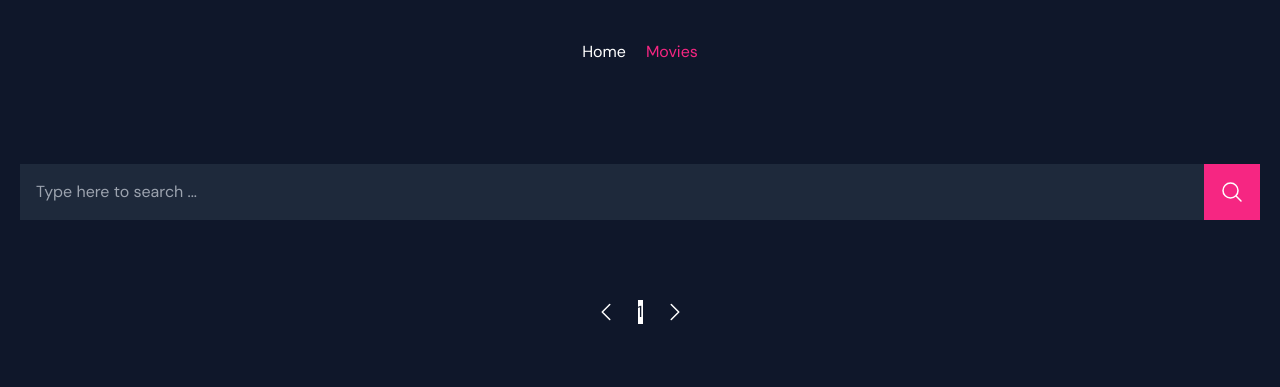
Repository: phamthiendong/project
Page: /movies
An editor plug-in stored every save of this project. The page is shown before and after a run of saves, followed by the edit.
The browser window is 1280 px wide. The pictures show the whole page.
The page's requests for data from a server got no answer. The project was rebuilt for these pictures with package versions that can differ from the ones it lists, and the page was loaded fresh each time. No one was signed in, and anything a server would have sent is missing. Also part of the build but not shown: vite.config.js, src/components/movie/MovieCard.jsx, src/components/movie/MovieList.jsx, src/pages/Homepage.jsx, src/components/banner/Banner.jsx, src/pages/MovieDetaills.jsx.

Above is the page before, as saved 2025-03-24 15:40:33.

### index.html
<!DOCTYPE html>
<html lang="en">
  <head>
    <meta charset="UTF-8" />
    <link rel="icon" type="image/svg+xml" href="/vite.svg" />
    <meta name="viewport" content="width=device-width, initial-scale=1.0" />
    <title>Vite + React</title>
    <link rel="preconnect" href="https://fonts.googleapis.com" />
    <link rel="preconnect" href="https://fonts.gstatic.com" crossorigin />
    <link
      href="https://fonts.googleapis.com/css2?family=DM+Sans:ital,opsz,wght@0,9..40,100..1000;1,9..40,100..1000&family=Poppins:ital,wght@0,100;0,200;0,300;0,400;0,500;0,600;0,700;0,800;0,900;1,100;1,200;1,300;1,400;1,500;1,600;1,700;1,800;1,900&display=swap"
      rel="stylesheet"
    />
  </head>
  <body>
    <div id="root"></div>
    <script type="module" src="/src/main.jsx"></script>
  </body>
</html>

### src/index.css
@tailwind base;
@tailwind components;
@tailwind utilities;

@layer base {
  body {
    @apply bg-slate-900 font-body px-5 text-white;
  }
}
@layer components {
  .page-container {
    max-width: 1240px;
    @apply mx-auto;
  }
  .movie-list .swiper-slide {
    width: 300px;
    height: auto;
  }
  .banner .swiper {
    height: 100%;
  }
}

### src/App.jsx
import React, { Fragment } from "react";
import { BrowserRouter as Router, Routes, Route } from "react-router-dom";
import "swiper/css";
import Main from "./components/layout/Main";
import Homepage from "./pages/Homepage";
import Banner from "./components/banner/Banner";
import MoviePage from "./pages/MoviePage";
import MovieDetaills from "./pages/MovieDetaills";

const App = () => {
  return (
    <Fragment>
      <Routes>
        <Route element={<Main></Main>}>
          <Route
            path="/"
            element={
              <>
                <Banner></Banner>
                <Homepage></Homepage>
              </>
            }
          ></Route>
          <Route path="/movies" element={<MoviePage></MoviePage>}></Route>
          <Route
            path="/movie/:movieId"
            element={<MovieDetaills></MovieDetaills>}
          ></Route>
        </Route>
      </Routes>
    </Fragment>
  );
};

export default App;

### src/components/layout/Main.jsx
import React, { Fragment } from "react";
import Header from "./Header";
import { Outlet } from "react-router-dom";
const Main = () => {
  return (
    <Fragment>
      <Header></Header>
      <Outlet></Outlet>
    </Fragment>
  );
};

export default Main;

### src/pages/MoviePage.jsx
import React, { useEffect, useState } from "react";
import MovieList from "../components/movie/MovieList";
import useSWR from "swr";
import { fetcher } from "../config";
import MovieCard from "../components/movie/MovieCard";
import useDebounce from "../hooks/usedDebounce";

const MoviePage = () => {
  const [filter, setFilter] = useState("");
  const [url, setUrl] = useState(
    "https://api.themoviedb.org/3/movie/popular?api_key=37fa4c4e0c159453a9cf8da9617d490e"
  );
  const filterDebounce = useDebounce(filter, 500);
  const handleFilterChange = (e) => {
    setFilter(e.target.value);
  };
  const { data, error, isLoading } = useSWR(url, fetcher);
  const loading = !data && !error;
  useEffect(() => {
    if (filterDebounce) {
      setUrl(
        `https://api.themoviedb.org/3/search/movie?api_key=37fa4c4e0c159453a9cf8da9617d490e&query=${filterDebounce}`
      );
    } else {
      setUrl(
        "https://api.themoviedb.org/3/movie/popular?api_key=37fa4c4e0c159453a9cf8da9617d490e"
      );
    }
  }, [filterDebounce]);
  const movies = data?.results || [];

  return (
    <div className="py-10 page-container">
      <div className="flex mb-10">
        <div className="flex-1">
          <input
            type="text"
            className="w-full p-4 bg-slate-800 text-white outline-none"
            placeholder="Type here to search ..."
            onChange={handleFilterChange}
          />
        </div>
        <button className="p-4 bg-primaty text-white">
          <svg
            xmlns="http://www.w3.org/2000/svg"
            fill="none"
            viewBox="0 0 24 24"
            strokeWidth="1.5"
            stroke="currentColor"
            className="size-6"
          >
            <path
              strokeLinecap="round"
              strokeLinejoin="round"
              d="m21 21-5.197-5.197m0 0A7.5 7.5 0 1 0 5.196 5.196a7.5 7.5 0 0 0 10.607 10.607Z"
            />
          </svg>
        </button>
      </div>
      {loading && (
        <div className="w-10 h-10 rounded-full border-4 border-primaty border-t-4 mx-auto animate-spin"></div>
      )}
      {!loading && (
        <div className="grid grid-cols-4 gap-10">
          {movies.length > 0 &&
            movies.map((item) => (
              <MovieCard key={item.id} item={item}></MovieCard>
            ))}
        </div>
      )}
      <div className="flex item-center justify-center mt-10 gap-x-5">
        <span>
          <svg
            xmlns="http://www.w3.org/2000/svg"
            fill="none"
            viewBox="0 0 24 24"
            stroke-width="1.5"
            stroke="currentColor"
            class="size-6"
          >
            <path
              stroke-linecap="round"
              stroke-linejoin="round"
              d="M15.75 19.5 8.25 12l7.5-7.5"
            />
          </svg>
        </span>
        <span className="cursor-pointer inline-book  bg-white text-slate-900">
          1
        </span>
        <span>
          <svg
            xmlns="http://www.w3.org/2000/svg"
            fill="none"
            viewBox="0 0 24 24"
            stroke-width="1.5"
            stroke="currentColor"
            class="size-6"
          >
            <path
              stroke-linecap="round"
              stroke-linejoin="round"
              d="m8.25 4.5 7.5 7.5-7.5 7.5"
            />
          </svg>
        </span>
      </div>
    </div>
  );
};

export default MoviePage;

### src/components/layout/Header.jsx
import React from "react";
import { NavLink } from "react-router-dom";
const Header = () => {
  return (
    <header className="header flex items-center justify-center gap-x-5 text-white py-10 mb-5">
      <NavLink
        to="/"
        className={({ isActive }) => (isActive ? "text-primaty" : "")}
      >
        Home
      </NavLink>
      <NavLink
        to="/movies"
        className={({ isActive }) => (isActive ? "text-primaty" : "")}
      >
        Movies
      </NavLink>
    </header>
  );
};

export default Header;

### src/config.jsx
export const fetcher = (...args) => fetch(...args).then((res) => res.json());

export const apiKey = "37fa4c4e0c159453a9cf8da9617d490e";

### src/hooks/usedDebounce.jsx
import { useEffect, useState } from "react";

export default function useDebounce(initializeValue = "", delay = 1000) {
  const [debounceValue, setDebounceValue] = useState(initializeValue);
  useEffect(() => {
    const timer = setTimeout(() => {
      setDebounceValue(initializeValue);
    }, delay);
    return () => {
      clearTimeout(timer);
    };
  }, [delay, initializeValue]);

  return debounceValue;
}
// import { useEffect, useState } from "react";

// export default function useDebounce(value = "", delay = 1000) {
//   const [debounceValue, setDebounceValue] = useState(value);

//   useEffect(() => {
//     const timer = setTimeout(() => {
//       setDebounceValue(value);
//     }, delay);

//     return () => {
//       clearTimeout(timer);
//     };
//   }, [value, delay]); // Thay vì initializeValue, sử dụng value

//   return debounceValue;
// }

### tailwind.config.js
/** @type {import('tailwindcss').Config} */
export default {
  content: ["./index.html", "./src/**/*.{js,ts,jsx,tsx}"],
  theme: {
    extend: {
      fontFamily: {
        body: ["DM Sans", "sans-serif"],
      },
      colors: {
        primaty: "#F62682",
        secondary: "#6f5cf1",
      },
    },
  },
  plugins: [],
};

Loaded but not shown: src/main.jsx (common file)

After the next 2 saves:
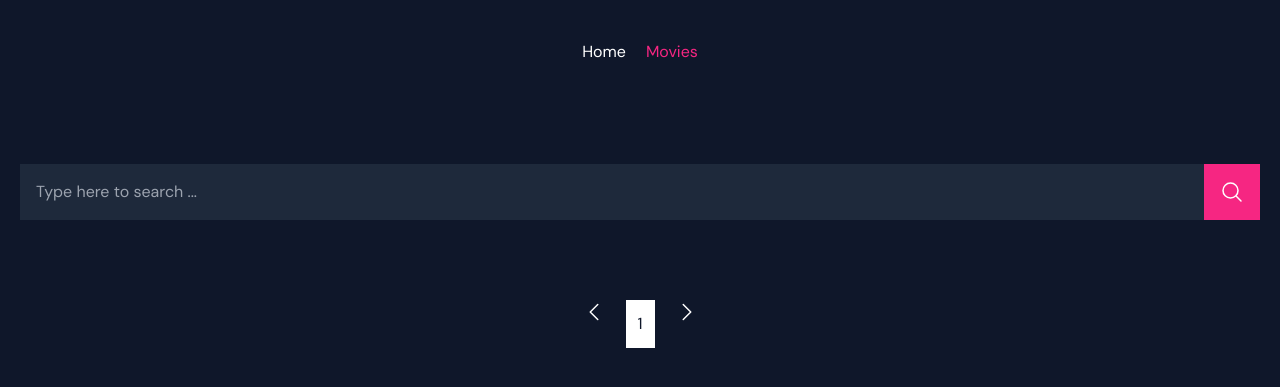
The 2 saves are shown as one change because they came seconds apart.
The last was saved 13 s later.
--- a/src/pages/MoviePage.jsx
+++ b/src/pages/MoviePage.jsx
@@ -85,7 +85,7 @@ const MoviePage = () => {
             />
           </svg>
         </span>
-        <span className="cursor-pointer inline-book  bg-white text-slate-900">
+        <span className="cursor-pointer bg-white text-slate-900 inline-block p-3">
           1
         </span>
         <span>
